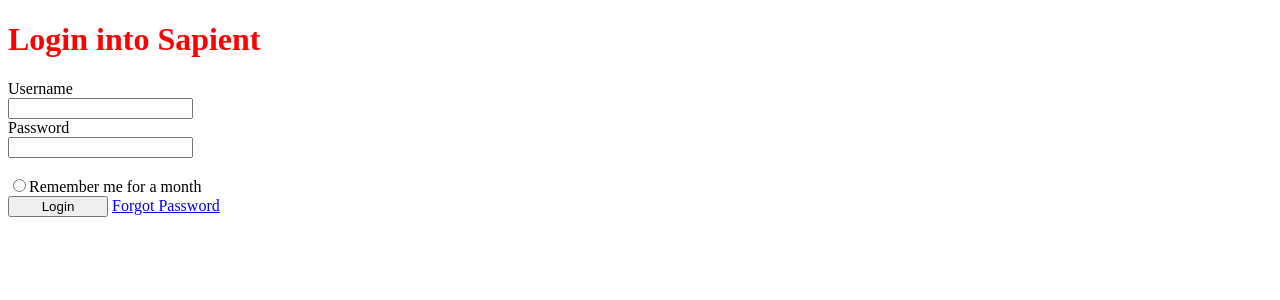
Repository: sauran/SapientTraining
Page: DemoProject/WebContent/Login.html
These files come from the project's save history. The page is drawn as it stood at one moment and after the next save; the edit follows.
The browser window is 1280 px wide. The pictures show the whole page.

Above is the page before, as saved 2015-09-15 09:52:52.

### DemoProject/WebContent/Login.html
<!DOCTYPE html>
<html>
<head>
<link rel="stylesheet" type="text/css" href="style.css">
<meta charset="ISO-8859-1">
<title>Login</title>
</head>
<body>

	<h1 style="color: red" "text-align="right">Login into Sapient</h1>
	<form action="" method="get" id="Loginform">
		Username <br> <input type="text" name="username"><br>
		Password<br> <input type="password" name="password"><br>
		<br> <input type="radio">Remember me for a month <br>
		<input style="width: 100px" type="submit" name="Login" value="Login">


		<a href = "passwordrecovery.html">Forgot Password</a>



	</form>

</body>
</html>

### DemoProject/WebContent/style.css
@CHARSET "ISO-8859-1";
<style>

h1 {
color :red;
font-size:150%;

}
p{
color:#E6FFE6;
font-size :150%;

}

fieldset{
  border: 1px solid rgb(255,232,57);
  width: 400px;
  margin:auto;
}

</style>

After the next save:
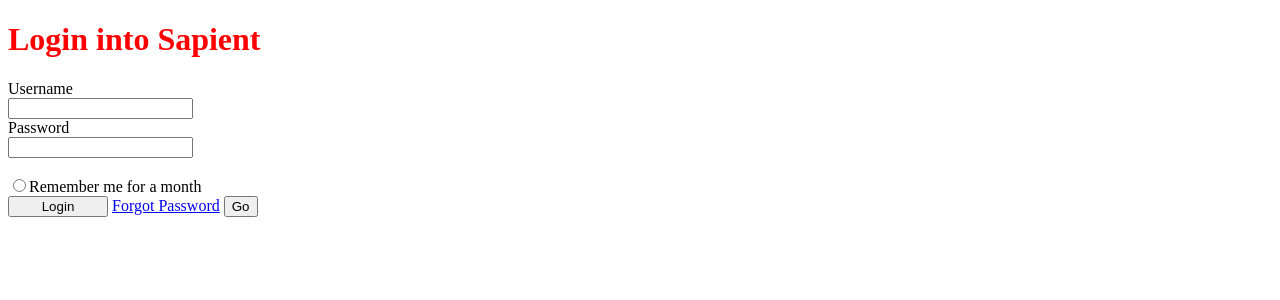
Saved 3 min 51 s later.
--- a/DemoProject/WebContent/Login.html
+++ b/DemoProject/WebContent/Login.html
@@ -17,6 +17,8 @@
 
 		<a href = "passwordrecovery.html">Forgot Password</a>
 
+		<input onClick="window.location.href='home.html'" type="submit" Value="Go">
+
 
 
 	</form>
